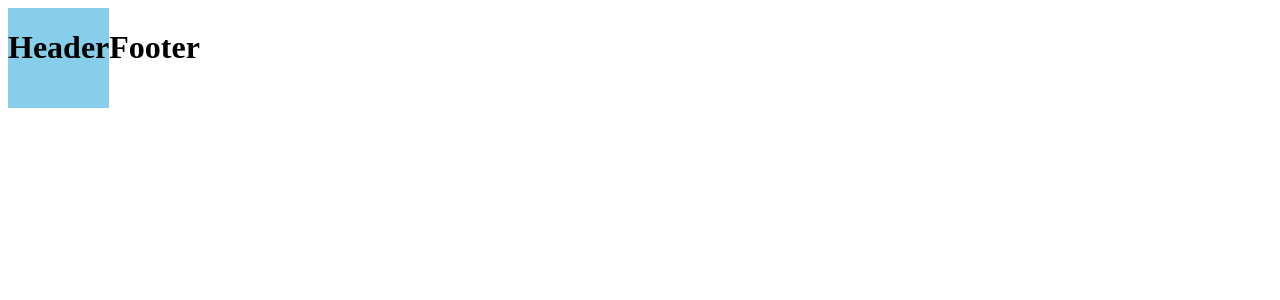
Repository: harshitanthal1/assignments_avisoft
Page: 01-02-2024/assignment_2/index.html
These files come from the project's save history. The page is drawn as it stood at one moment and after the next save; the edit follows.
The browser window is 1280 px wide. The pictures show the whole page.

Above is the page before, as saved 2024-02-01 13:34:09.

### 01-02-2024/assignment_2/index.html
<!DOCTYPE html>
<html lang="en">
<head>
    <meta charset="UTF-8">
    <meta name="viewport" content="width=device-width, initial-scale=1.0">
    <title>Assignment 2</title>
    <link rel="stylesheet" href="styles/styles.css" />
</head>
<body>
    <div id="box">
       <div id="header"><h1>Header</h1></div>
       <div id="main">
           <div id="box1"><h2></h2></div>
           <div id="box2"><h2></h2></div>
           <div id="box3"><h2></h2></div>
           <div id="box4"><h2></h2></div>
           <div id="box5"><h2></h2></div>
           <div id="box6"><h2></h2></div>
       </div>
       <div id="footer"><h1>Footer</h1></div>
    </div>

</body>
</html>

### 01-02-2024/assignment_2/styles/styles.css
#box {
    display: flex;
}
#header {
    background-color: skyblue;
    height: 100px;
}

After the next save:
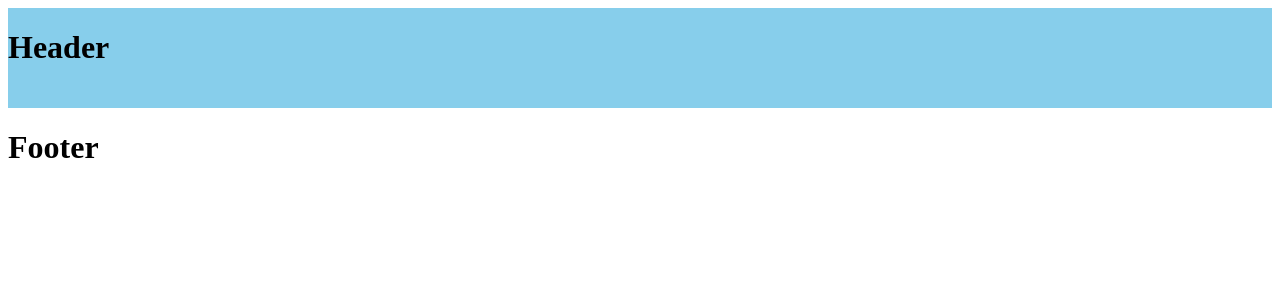
Saved 85 s later.
--- a/01-02-2024/assignment_2/styles/styles.css
+++ b/01-02-2024/assignment_2/styles/styles.css
@@ -1,7 +1,6 @@
-#box {
-    display: flex;
-}
+
 #header {
     background-color: skyblue;
+    display: flex;
     height: 100px;
 }
